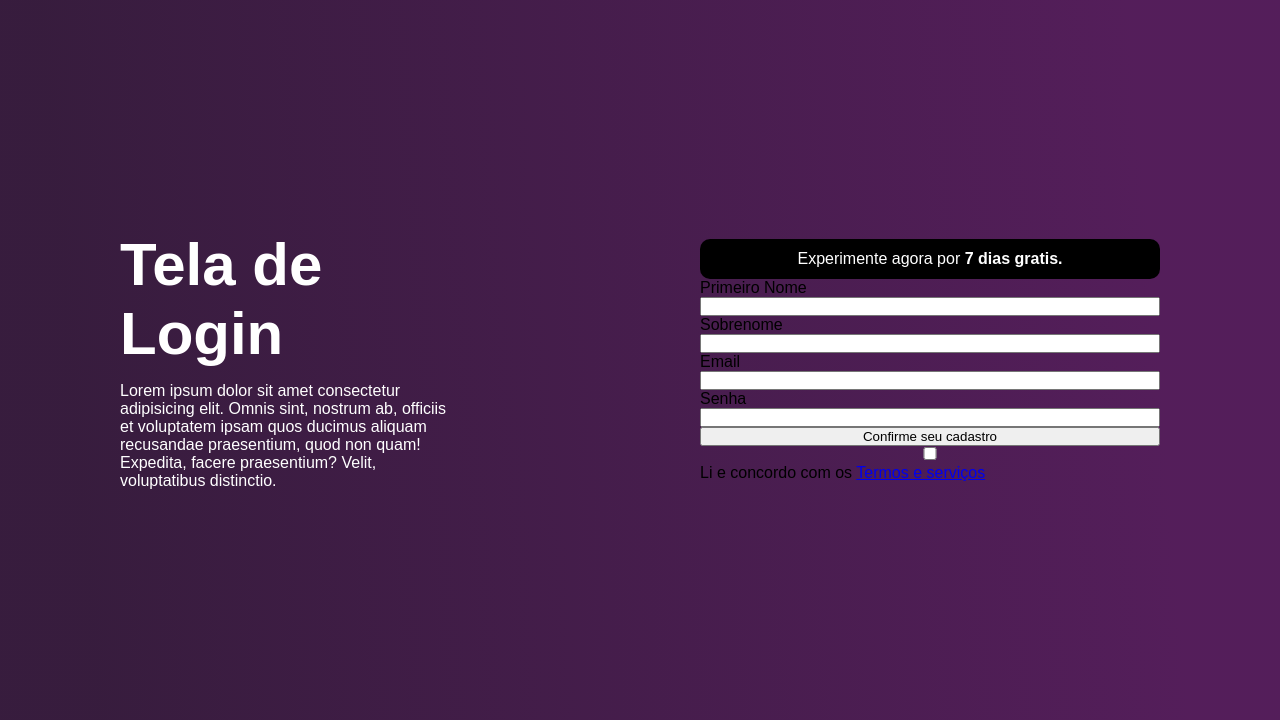
Repository: analessp/tela-login
Page: index.html
An editor plug-in stored every save of this project. The page is shown before and after the next save, followed by the edit.
The browser window is 1280 px wide. The pictures show the whole page.
Some web fonts or font styles are not loaded; a fallback is used.

Above is the page before, as saved 2025-04-16 08:55:17.

### index.html
<!DOCTYPE html>
<html lang="pt-br">
  <head>
    <meta charset="UTF-8" />
    <meta name="viewport" content="width=device-width, initial-scale=1.0" />
    <title>Tela de Login</title>
    <link rel="stylesheet" href="style.css" />
    <link rel="preconnect" href="https://fonts.googleapis.com" />
    <link rel="preconnect" href="https://fonts.gstatic.com" crossorigin />
    <link href="https://fonts.googleapis.com/css2?family=Nunito:ital,wght@0,200..1000;1,200..1000&family=Special+Gothic&display=swap" rel="stylesheet" />
  </head>
  <body>
    <main>
      <div class="container-left">
        <h1>Tela de Login</h1>
        <p>Lorem ipsum dolor sit amet consectetur adipisicing elit. Omnis sint, nostrum ab, officiis et voluptatem ipsam quos ducimus aliquam recusandae praesentium, quod non quam! Expedita, facere praesentium? Velit, voluptatibus distinctio.</p>
      </div>
      <div class="container-right">
        <a href="#" class="teste-gratis">
          <p>Experimente agora por <b>7 dias gratis.</b></p>
        </a>
        <div class="forms">
          <form>

            <div>
              <label for="name">
                <p>Primeiro Nome</p>
                <input id="name" type="text" />
              </label>
            </div>

            <div>
                <label for="lastname">
                    <p>Sobrenome</p>
                    <input id="lastname" type="text" />
                </label>
            </div>

            <div>
                <label for="email">
                    <p>Email</p>
                    <input id="email" type="email" />
                </label>
            </div>

            <div>
                <label for="password">
                    <p>Senha</p>
                    <input id="password" type="password" />
                </label>
            </div>

            <button type="submit">
                <p>Confirme seu cadastro</p>
            </button>
            <div>
                <input type="checkbox">
                <p>
                    Li e concordo com os <a href="#">Termos e serviços</a>
                </p>
            </div>
          </form>
        </div>
      </div>
    </main>
  </body>
</html>

### style.css
* {
    margin: 0;
    padding: 0;
    box-sizing: border-box;
    width: 100%;
    font-family: "Special Gothic", sans-serif;
}

main {
    display: flex;
    background-image: url("./assets/background.jpg") no-repeat center center;
    background-size: cover;
    position: relative;
    height: 100vh;
    z-index: 0;
}

&::after {
    content: "";
    background-image: linear-gradient( 85.2deg,  rgba(33,3,40,1) 7.5%, rgba(65,5,72,1) 88.7% );
    position: absolute;
    top: 0;
    left: 0;
    opacity: 0.9;
    width: 100%;
    height: 100%;
    z-index: -1;
}

.container-left {
    color: white;
    display: flex;
    justify-content: center;
    flex-direction: column;
    padding: 40px 120px;
    gap: 14px;
}

.container-left h1 {
    font-size: 60px;
}

.container-right {
    background-color: #333(109, 109, 235);
    display: flex;
    flex-direction: column;
    justify-content: center;
    padding: 40px 120px;
}

.teste-gratis {
    display: flex;
    justify-content: center;
    align-items: center;
    width: 460px;
    height: 40px;
    background-color: black;
    text-decoration: none;
    color: white;
    border-radius: 10px;
}

.teste-gratis p{
text-align: center;
}

After the next save:
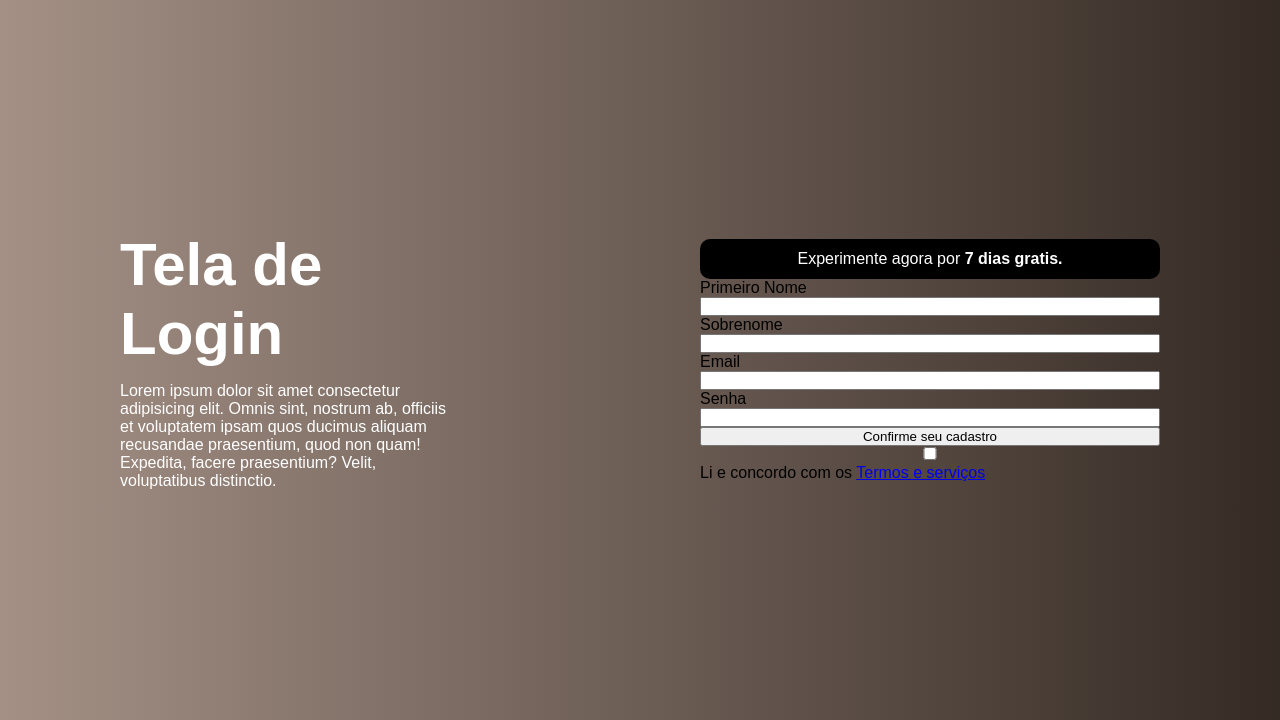
Saved 3 min 6 s later.
--- a/style.css
+++ b/style.css
@@ -17,7 +17,10 @@ main {
 
 &::after {
     content: "";
-    background-image: linear-gradient( 85.2deg,  rgba(33,3,40,1) 7.5%, rgba(65,5,72,1) 88.7% );
+    background: #1e130c;  /* fallback for old browsers */
+background: -webkit-linear-gradient(to right, #9a8478, #1e130c);  /* Chrome 10-25, Safari 5.1-6 */
+background: linear-gradient(to right, #9a8478, #1e130c); /* W3C, IE 10+/ Edge, Firefox 16+, Chrome 26+, Opera 12+, Safari 7+ */
+
     position: absolute;
     top: 0;
     left: 0;
